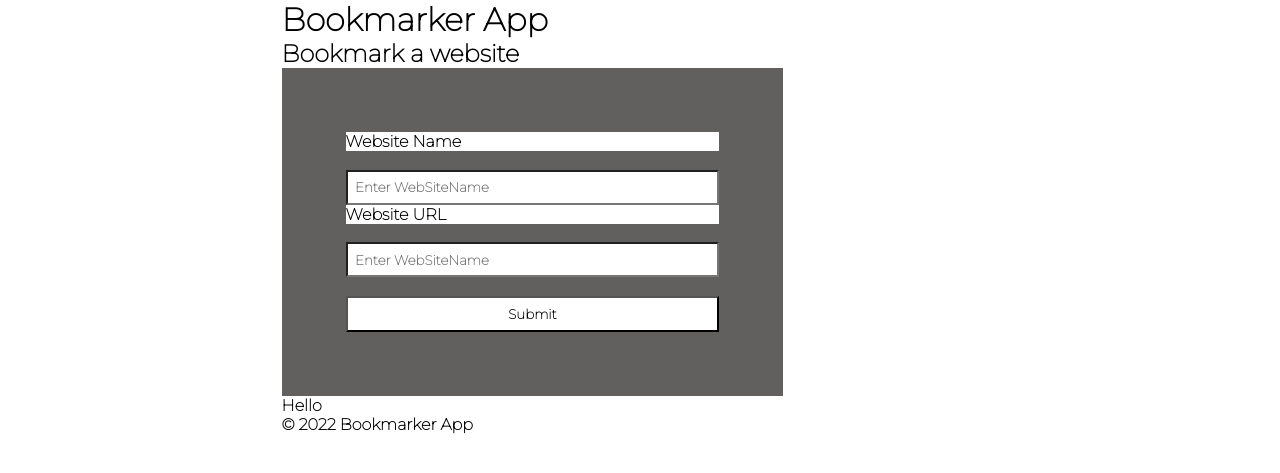
Repository: Suporl9/BookMarkerApp
Page: index.html
An editor plug-in stored every save of this project. The page is shown before and after the next save, followed by the edit.
The browser window is 1280 px wide. The pictures show the whole page.

Above is the page before, as saved 2021-11-21 17:47:15.

After the next save:
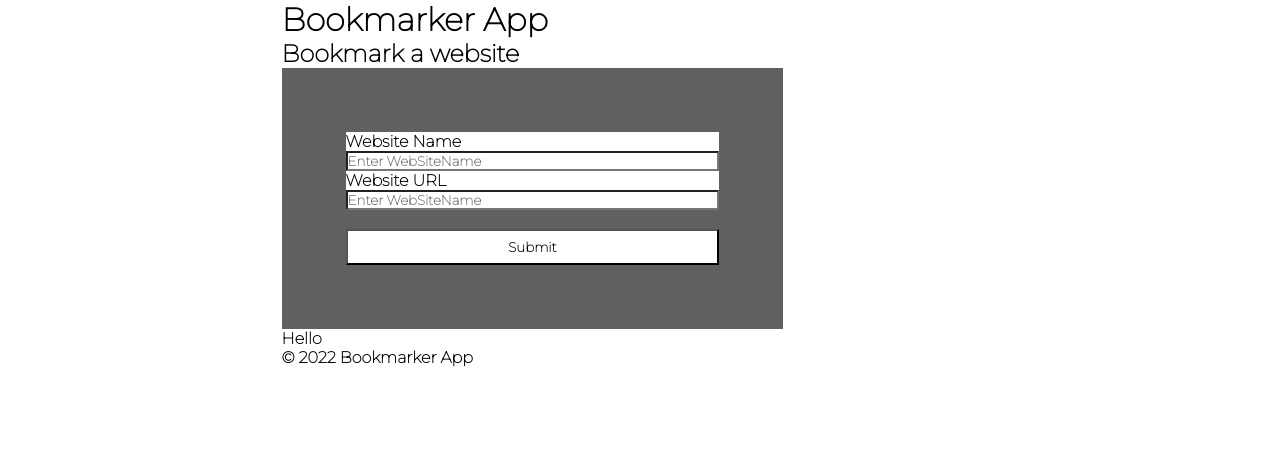
Saved 8 s later.
--- a/style.css
+++ b/style.css
@@ -35,7 +35,8 @@
   margin-top: 5%;
   padding: 0.5rem;
 }
-.inpClass {
+.inpClass,
+class="labc" {
   margin-top: 5%;
   padding: 2%;
 }
